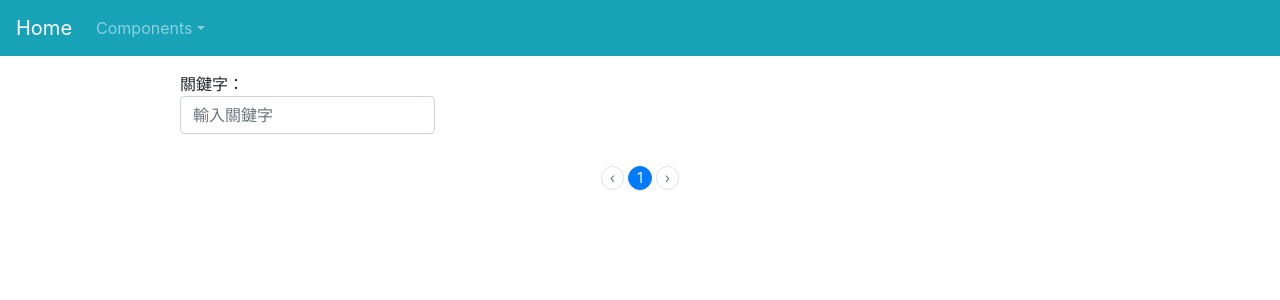
Repository: iian0910/bootstrapVue-demo
Page: /#/tablePagination
The author's editor kept a copy of each file at every save. The page is drawn from the files as they stood at one save, then again after the next save.
The browser window is 1280 px wide. The pictures show the whole page.
The page's requests for data from a server got no answer. The project was rebuilt for these pictures with package versions that can differ from the ones it lists, and the page was loaded fresh each time. No one was signed in, and anything a server would have sent is missing.

Above is the page before, as saved 2021-04-26 14:51:56.

### src/main.ts
import axios from 'axios'
import { BootstrapVue, IconsPlugin } from 'bootstrap-vue'
import 'bootstrap-vue/dist/bootstrap-vue.css'
// Import Bootstrap an BootstrapVue CSS files (order is important)
import 'bootstrap/dist/css/bootstrap.css'
import Vue from 'vue'
import VueAxios from 'vue-axios'
import App from './App.vue'
import router from './router'

// Make BootstrapVue available throughout your project
Vue.use(BootstrapVue)
// Optionally install the BootstrapVue icon components plugin
Vue.use(IconsPlugin)
Vue.use(VueAxios, axios)

Vue.config.productionTip = false

new Vue({
  router,
  render: h => h(App)
}).$mount('#app')

### src/App.vue
<template>
  <div id="app">
  <Main/>
  </div>
</template>

<script lang="ts">
import { Component, Vue } from 'vue-property-decorator'
import Main from './pages/Main.vue'

@Component({
  components: {
    Main
  }
})
export default class App extends Vue {}
</script>

<style lang="scss">

</style>

### src/router/index.ts
import Vue from 'vue'
import VueRouter from 'vue-router'

Vue.use(VueRouter)

const routes = [
  {
    path: '/',
    name: 'Home',
    component: () => import('../pages/Index.vue')
  },
  {
    path: '/tablePagination',
    name: 'TablePagination',
    component: () => import('../components/TablePagination.vue')
  }
]

const router = new VueRouter({
  routes
})

export default router

### src/pages/Main.vue
<template>
  <div>
    <Navbar/>
    <router-view></router-view>
  </div>
</template>
<script lang="ts">
import { Component, Vue } from 'vue-property-decorator'
import Navbar from '../components/Navbar.vue'

@Component({
  components: {
    Navbar
  }
})
export default class Main extends Vue {

}
</script>
<style lang="scss">

</style>

### src/components/TablePagination.vue
<template>
  <div>
    <div class="container">
      <div class="row">
        <div class="col-3 offset-1 my-3">
          關鍵字：<b-form-input
            v-model="filterText"
            type="text"
            placeholder="輸入關鍵字"
            required
          ></b-form-input>
        </div>
      </div>
      <div class="row">
        <div class="col-10 offset-1">
          <!-- Table: 基本款 -->
          <!-- <b-table striped hover :items="sliceDate"></b-table> -->

          <!-- Table: 客製化 -->
          <b-table
            striped hover
            :items="sliceDate"
          >
            <template #cell(seq)="sliceDate">{{sliceDate.item.seq}}</template>
            <template #cell(materialYear)="sliceDate">{{sliceDate.item.materialYear}}</template>
            <template #cell(statisticsProject)="sliceDate">{{sliceDate.item.statisticsProject}}</template>
            <template #cell(taxCategory)="sliceDate">{{sliceDate.item.taxCategory}}</template>
            <template #cell(value)="sliceDate">
              <div class="text-left">{{sliceDate.item.value | currencyChange}}</div>
            </template>
            <template #cell(dataUnit)="sliceDate">{{sliceDate.item.dataUnit}}</template>
          </b-table>
          <!-- Pagination -->
          <div class="d-flex justify-content-center">
            <b-pagination
              v-model="currentPage"
              :total-rows="data.length"
              :per-page="perPage"
              pills
              first-number
              last-number
              size="sm"
              @click.native="sliceData(currentPage)"
            ></b-pagination>
          </div>
        </div>
      </div>
    </div>
  </div>
</template>

<script lang="ts">
import { Component, Prop, Emit, Vue } from 'vue-property-decorator'

// interFace
interface Data {
  seq: string;
  materialYear: string;
  statisticsProject: string;
  taxCategory: string;
  value: string;
  dataUnit: string;
}

// Component 宣告在最前面
@Component({
  filters: {
    currencyChange (val: string) {
      val = parseFloat(val.replace(/\s/g, '').replace(/,/g, ''))
        .toString()
        .replace(/\B(?=(\d{3})+(?!\d))/g, ',')
      if (val === 'NaN') {
        val = ''
      }
      return '$' + val
    }
  }
})

export default class TablePagination extends Vue {
  // Data
  private firstName = 'John'
  private lastName = 'Don'
  private apiURL = 'https://api.kcg.gov.tw/api/service/get/2c1d9959-d038-4918-bae3-409680f8193a'
  public data = []
  public sliceDate = []
  public parentSendData = 'parentSendData'
  public childSendData = ''
  public currentPage = 1 // 預設目前頁面
  public perPage = 10 // 每頁顯示項目數
  public sortBy = 'Value'
  public sortDesc = false

  // @Prop(props)
  @Prop()
  private msg!: string;

  // @Emit
  @Emit()
  private emitData (msg:string) {
    console.log(msg)
    this.childSendData = msg
  }

  // methods
  public hello () {
    console.log(this.firstName + ' ' + this.lastName)
  }

  private changeDataDTO (data:any) {
    this.data = data.map((res: any) => {
      const rowData = {} as Data
      rowData.seq = res.seq
      rowData.materialYear = res.資料年度
      rowData.statisticsProject = res.統計項目
      rowData.taxCategory = res.稅目別
      rowData.value = res.值
      rowData.dataUnit = res.資料單位
      return rowData
    })
  }

  private sliceData (currentPage: number) {
    this.sliceDate = this.data.slice(this.perPage * currentPage - this.perPage, this.perPage * currentPage)
  }

  // 生命週期
  public mounted () {
    this.$http.get(this.apiURL).then((res) => {
      this.data = res.data.data
      this.changeDataDTO(this.data)
      this.sliceData(this.currentPage)
    })
  }
}
</script>

<!-- Add "scoped" attribute to limit CSS to this component only -->
<style scoped lang="scss">
h3 {
  margin: 40px 0 0;
}
ul {
  list-style-type: none;
  padding: 0;
}
li {
  display: inline-block;
  margin: 0 10px;
}
a {
  color: #42b983;
}
</style>

### src/components/Navbar.vue
<template>
  <div>
    <b-navbar toggleable="lg" type="dark" variant="info">
      <b-navbar-brand to="/">Home</b-navbar-brand>

      <b-navbar-toggle target="nav-collapse"></b-navbar-toggle>

      <b-collapse id="nav-collapse" is-nav>
        <b-navbar-nav>
          <b-nav-item-dropdown text="Components" right>
            <b-dropdown-item to="/tablePagination">TablePagination</b-dropdown-item>
          </b-nav-item-dropdown>
        </b-navbar-nav>
      </b-collapse>
    </b-navbar>
  </div>
</template>

<script lang="ts">
import { Component, Vue } from 'vue-property-decorator'

// Component 宣告在最前面
@Component({
  components: {

  }
})

export default class Navbar extends Vue {

}
</script>

Loaded but not shown: public/index.html (common file)

After the next save:
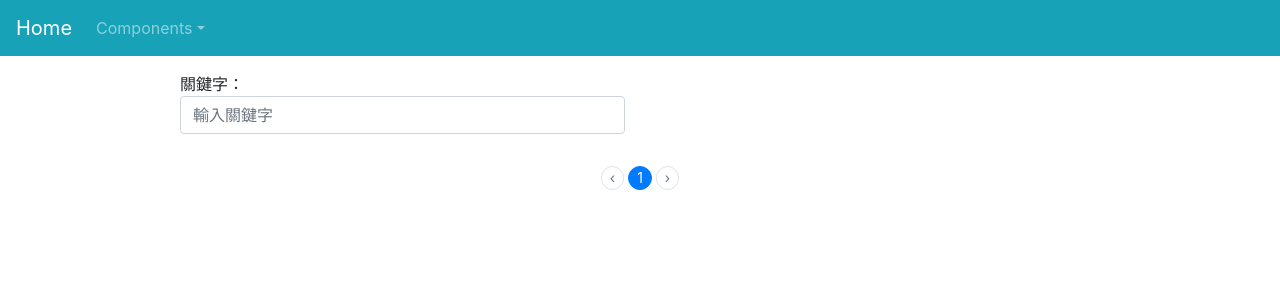
Saved 15 s later.
--- a/src/components/TablePagination.vue
+++ b/src/components/TablePagination.vue
@@ -2,7 +2,7 @@
   <div>
     <div class="container">
       <div class="row">
-        <div class="col-3 offset-1 my-3">
+        <div class="col-5 offset-1 my-3">
           關鍵字：<b-form-input
             v-model="filterText"
             type="text"

After the save that followed:
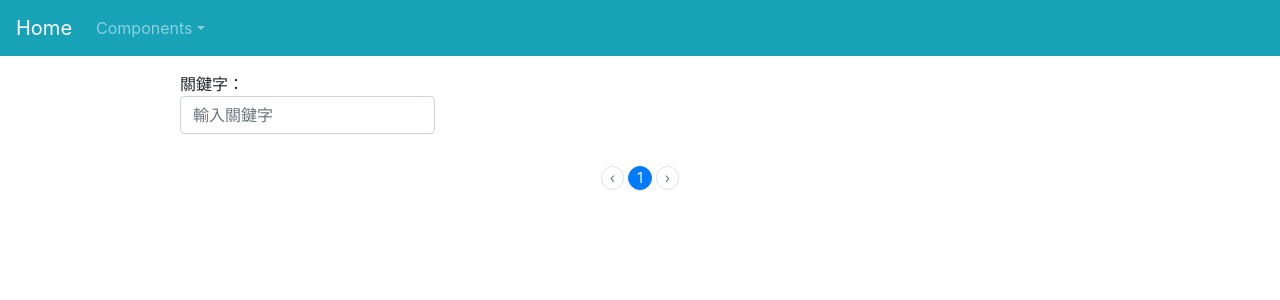
Saved 4 s later.
--- a/src/components/TablePagination.vue
+++ b/src/components/TablePagination.vue
@@ -2,7 +2,7 @@
   <div>
     <div class="container">
       <div class="row">
-        <div class="col-5 offset-1 my-3">
+        <div class="col-3 offset-1 my-3">
           關鍵字：<b-form-input
             v-model="filterText"
             type="text"
